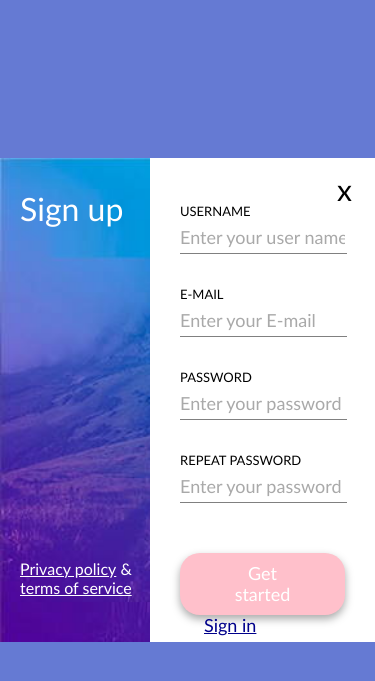
Repository: RugileG/registracijos-forma
Page: index.html
An editor plug-in stored every save of this project. The page is shown before and after the next save, followed by the edit.
The browser window is 375 px wide. The pictures show the whole page.

Above is the page before, as saved 2021-05-19 11:01:55.

### index.html
<!DOCTYPE html>
<html lang="en">
<head>
    <meta charset="UTF-8">
    <meta http-equiv="X-UA-Compatible" content="IE=edge">
    <meta name="viewport" content="width=device-width, initial-scale=1.0">
    <title>Registracija</title>
    <style>

        html {
            height: 100%;
        }

        body {
            max-width: 800px;
            min-height: 100%;
            margin: 0 auto;
            position: relative;
            background-color: #657AD3;
            font: normal normal normal 16px/19px Gill Sans MT;
        }

        .container {
            width: 100%;
            position: absolute;
            top: 50%;
            transform: translateY(-50%);
        }

        .left-column, .right-column {
            float:left;
            height: 484px;
        }

        .left-column {
            width: 40%;
            background-color: transparent;
        }

        .right-column {
            width: 60%;
            background-color: #FFFFFF ;
            position: relative;
        }

        .left-column-container {
            display: block;
            height: 424px;
            background-color: red;
            margin-top: 30px;
            background: transparent url('img/mountain.png') 0% 0% no-repeat padding-box;
            background-size: cover;
            padding-left: 40px;
            position:relative;
        }

        .right-column-container {
            padding-left: 60px;
            padding-top: 46px;
            padding-right: 60px;
            padding-bottom: 46px;
        }

        h1 {
            font: normal normal normal 32px/37px Gill Sans MT;
            color: #FFFFFF;
            margin: 0;
            padding-top: 32px;
        }

        .left-column p, .left-column a {
            display: inline-block;
            font: normal normal normal 16px/19px Gill Sans MT;
            color: #FFFFFF;
            margin: 0;
        }

        .right-column p {
            display: inline-block;
            font: normal normal normal 18px/21px Gill Sans MT;
            color: #000000;
            margin: 0;
            padding-left: 14px ;
        }

        .right-column a {
            display: inline-block;
            font: normal normal normal 18px/21px Gill Sans MT;
            color: #00008B;
            padding-left: 24px ;
            margin: 0;
        }

        .links {
            position: absolute;
            bottom: 25px;
        }

        label {
            display:block;
            font: normal normal normal 13px/15px Gill Sans MT;
            color: #000000;
            padding-bottom:12px;
        }


        .input {
            margin-bottom: 33px;
        }

        input {
            display: block;
            border: none;
            width: 100%;
            padding-left: 0;
            padding-bottom: 6px;
            border-bottom: 1px solid #808080;
        }

        input:focus {
            border: none;
            outline: none;
            border-bottom: 1px solid #808080;
        }

        ::-webkit-input-placeholder {
            font: normal normal normal 18px/21px Gill Sans MT;
            color: #A9A9A9;
        }

        .btn {
            font: normal normal normal 18px/21px Gill Sans MT;
            color: #FFFFFF;
            background-color: #FFC0CB;
            border-radius: 20px;
            padding-left: 40px;
            padding-right:40px;
            padding-top: 10px;
            padding-bottom: 10px;
            border: none;
            box-shadow: 0 4px 8px darkgray;
        }

        .btn:hover {
            cursor:pointer;
            box-shadow: 0 4px 8px grey;
        }

        .close {
            font: normal normal normal 30px/35px Gill Sans MT;
            color: #000000;
            position:absolute;
            top: 14px;
            right: 23px;
        }

        .close:hover {
            color:#00008B;
        }

        @media screen and (max-width: 664px) {
            .left-column-container {
                height: 100%;
                padding-left: 20px;
                margin-top: 0;
            }

            .right-column-container {
                padding-left: 30px;
                padding-right: 30px;
            }

            .right-column-bottom-action {
                margin-top:50px;
            }

            .links {
                bottom: 45px;
            }
            .or {
                display:none !important;
            }
        }

        @media (max-width:500px) and (min-width:368px) {

        }


    </style>
</head>
<body>
    <div class='container'>
        <div class='left-column'>
            <div class='left-column-container'>
                <h1>Sign up</h1>

                <div class='links'>
                    <a href='#'>Privacy policy</a>
                    <p>&</p>
                    <a href='#'>terms of service</a>
                </div>
            </div>
        </div>
        <div class='right-column'>
            <div class='right-column-container'>
                <span class='close'>x</span>
                <div class='input'>
                    <label for='username'>USERNAME</label>
                    <input placeholder='Enter your user name' type='text' id='username' name='username' />
                </div>
                <div class='input'>
                    <label for='email'>E-MAIL</label>
                    <input placeholder='Enter your E-mail' type='text' id='email' name='email' />
                </div>
                <div class='input'>
                    <label for='password'>PASSWORD</label>
                    <input placeholder='Enter your password' type='text' id='password' name='password' />
                </div>
                <div class='input'>
                    <label for='repeat_password'>REPEAT PASSWORD</label>
                    <input placeholder='Enter your password' type='text' id='repeat_password' name='repeat_password' />
                </div>

                <div class='right-column-bottom-action'>
                    <button class='btn'>Get started</button>
                    <p class='or'>or</p>
                    <a href='#'>Sign in</a>
                </div>
            </div>
        </div>
    </div>
</body>
</html>

After the next save:
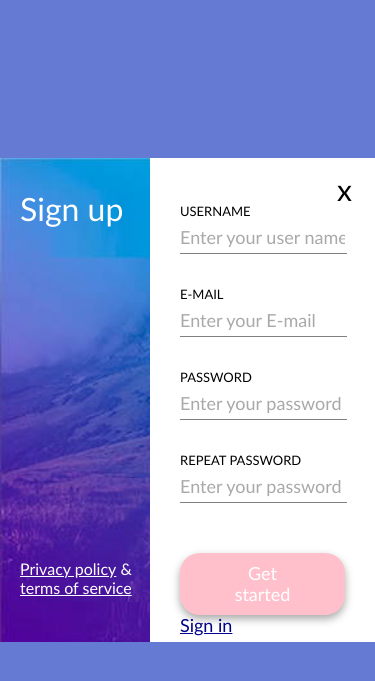
Saved 38 s later.
--- a/index.html
+++ b/index.html
@@ -183,7 +183,9 @@
         }
 
         @media (max-width:500px) and (min-width:368px) {
-
+            .right-column a {
+                padding-left: 0;
+            }
         }
 
 
